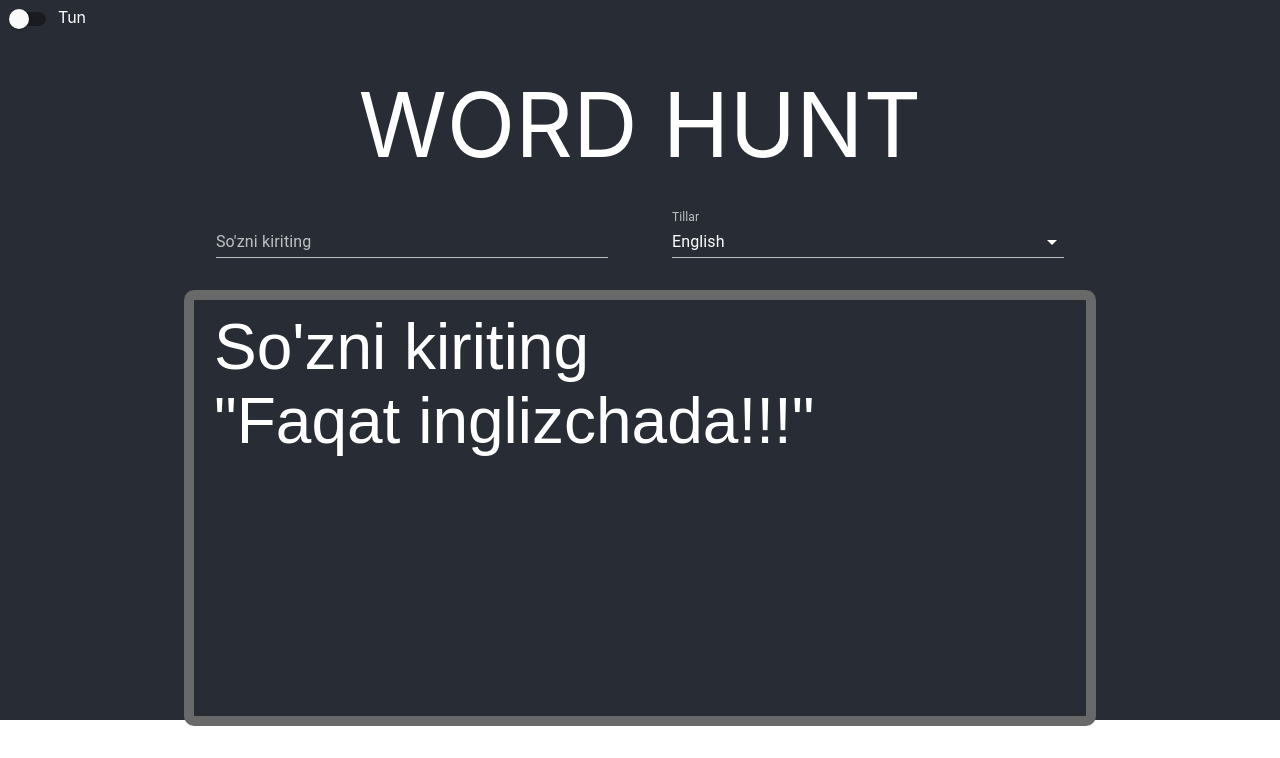
Repository: om1ars/react-translator
Page: /
An editor plug-in stored every save of this project. The page is shown before and after a run of saves, followed by the edit.
The browser window is 1280 px wide. The pictures show the whole page.
The page's requests for data from a server got no answer. The project was rebuilt for these pictures with package versions that can differ from the ones it lists, and the page was loaded fresh each time. No one was signed in, and anything a server would have sent is missing.

Above is the page before, as saved 2021-10-07 16:08:39.

### src/App.js
import "./App.css";
import { useEffect, useState } from "react";
import axios from "axios";
import { Container, Switch, withStyles } from "@material-ui/core";
import { Header } from "./components/Header/Header";
import { Definitions } from "./components/Definitions";

function App() {
  const [word, setword] = useState("");
  const [meanings, setmeanings] = useState([]);
  const [category, setcategory] = useState("en");
  const [checked, setChecked] = useState(false);

  const dictionaryApi = async () => {
    try {
      const data = await axios.get(
        `https://api.dictionaryapi.dev/api/v2/entries/${category}/${word}`
      );

      // console.log(data);
      setmeanings(data.data);
    } catch (error) {
      console.log(error);
    }
  };

  const handleChange = (event) => {
    setChecked(!checked);
  };

  console.log(meanings);
  useEffect(() => {
    dictionaryApi();
  }, [word, category]);

  return (
    <div
      className="App"
      style={{
        height: "100vh",
        backgroundColor: checked ? "#fff" : "#282c34",
        color: checked ? "#282c34" : "white",
        justifyContent: "space-evenly",
      }}
    >
      <Switch
        checked={checked}
        onChange={handleChange}
        inputProps={{ "aria-label": "controlled" }}
      />
      <span>{checked ? "Kun" : "Tun"}</span>
      <Container
        maxWidth="md"
        style={{ display: "flex", flexDirection: "column", height: "100vh" }}
      >
        <Header
          category={category}
          setcategory={setcategory}
          word={word}
          setword={setword}
        />
        {meanings && (
          <Definitions word={word} meanings={meanings} category={category} />
        )}
      </Container>
    </div>
  );
}

export default App;

### src/components/Header/Header.js
import {
  createMuiTheme,
  MenuItem,
  MuiThemeProvider,
  TextField,
} from "@material-ui/core";
import React from "react";
import "./Header.css";
import { ThemeProvider } from "@material-ui/styles";
import categoris from "../data/Category";

export const Header = ({ category, setcategory, word, setword }) => {
  const darkTheme = createMuiTheme({
    palette: {
      primary: {
        main: "#fff",
      },
      type: "dark",
    },
  });

  const handleChange = (e) => {
    setcategory(e);
    setword("");
  };

  return (
    <div className="header">
      <span className="title">{word ? word : "Word Hunt"}</span>
      <div className="inputs">
        <ThemeProvider theme={darkTheme}>
          <TextField
          color='danger'
            id="standard-basic"
            label="standard"
            className="search"
            id="standard-basic"
            label="So'zni kiriting"
            value={word}
            onChange={(e) => setword(e.target.value)}
          />
          <TextField
            className="select"
            select
            value={category}
            onChange={(e) => handleChange(e.target.value)}
            label="Tillar"
          >
            {categoris.map((option) => (
              <MenuItem key={option.label} value={option.label}>
                {option.value}
              </MenuItem>
            ))}
          </TextField>
        </ThemeProvider>
      </div>
    </div>
  );
};

### src/components/Definitions.js
import React from "react";
import "./Definitions.css";

export const Definitions = ({ word, category, meanings }) => {
  return (
    <div className="meanings">
       {meanings[0] && word && category === "en" && (
        <audio
          style={{ backgroundColor: "#fff", borderRadius: 10 }}
          src={meanings[0].phonetics[0] && meanings[0].phonetics[0].audio}
          controls
        >
          Your browser does not support the audio element.
        </audio>
      )}
      {word === "" ? (
        <span className="subtitle">
          So'zni kiriting <br /> "Faqat inglizchada!!!"
        </span>
      ) : (
        meanings.map((mean) =>
          mean.meanings.map((item) =>
            item.definitions.map((def) => (
              <div
                className="singleMean"
                style={{ backgroundColor: "white", color: "black" }}
              >
                <b>{def.definition}</b>
                <hr style={{ backgroundColor: "black", width: "100%" }} />
                {def.example && (
                  <span>
                    <b>Example: {def.example}</b>
                  </span>
                )}
                {def.synonyms && (
                  <span>
                    <b>Synonyms: {def.synonyms.map((s) => `${s},  `)}</b>
                  </span>
                )}
              </div>
            ))
          )
        )
      )}
    </div>
  );
};

### src/components/Header/Header.css
.title {
  font-size: 7vw;
  text-transform: uppercase;
  color: white;
}
.header {
  display: flex;
  align-items: center;
  justify-content: space-evenly;
  flex-direction: column;
  height: 35vh;
  width: 100%;
}
@media (max-width: 900px) {
  .header {
    height: 25vh;
  }
  .title {
      font-size: 11vw;
  }
}
.inputs {
    width: 100%;
    display: flex;
    justify-content: space-around;
}
.search {
    width: 43%;
}
.select {
    width: 43%;
}

### src/components/Definitions.css
.meanings {
    display: flex;
    flex-direction: column;
    overflow-y: scroll;
    scrollbar-width: thin;
    height: 55vh;
    border: 10px solid rgba(105, 105, 105);
    border-radius: 10px;
    padding: 10px 20px;
    overflow-x: hidden;
}
.subtitle {
    font-size: 5vw;
    font-family: 'Motserrat', sans-serif;
}

@media (max-width: 900px ){
    .meanings {
        height: 60vh;
        overflow-x: hidden;
        overflow-y: scroll;
    }
}
.singleMean {
    display: flex;
    flex-direction: column;
    border-radius: 10px;
    padding: 10px 20px;
    margin: 10px 0;
}

Loaded but not shown: public/index.html (common file); src/index.js (common file); src/index.css (common file); src/reportWebVitals.js (common file); src/App.css (common file); src/components/data/Category.js (common file)

After the next 2 saves:
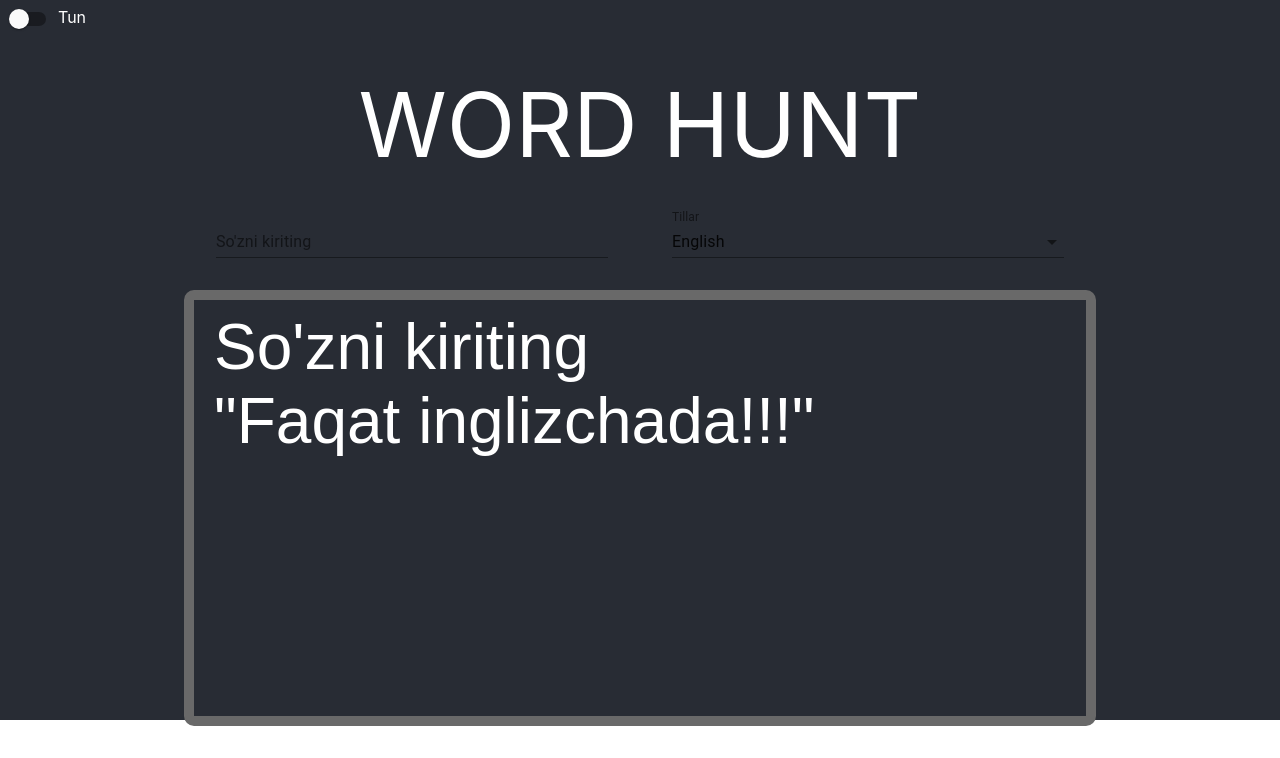
The 2 saves are shown as one change because 1 did not build or start.
The last was saved 8 s later.
--- a/src/components/Header/Header.js
+++ b/src/components/Header/Header.js
@@ -28,7 +28,6 @@
     <div className="header">
       <span className="title">{word ? word : "Word Hunt"}</span>
       <div className="inputs">
-        <ThemeProvider theme={darkTheme}>
           <TextField
           color='danger'
             id="standard-basic"
@@ -52,7 +51,6 @@
               </MenuItem>
             ))}
           </TextField>
-        </ThemeProvider>
       </div>
     </div>
   );

After the 2 saves that followed:
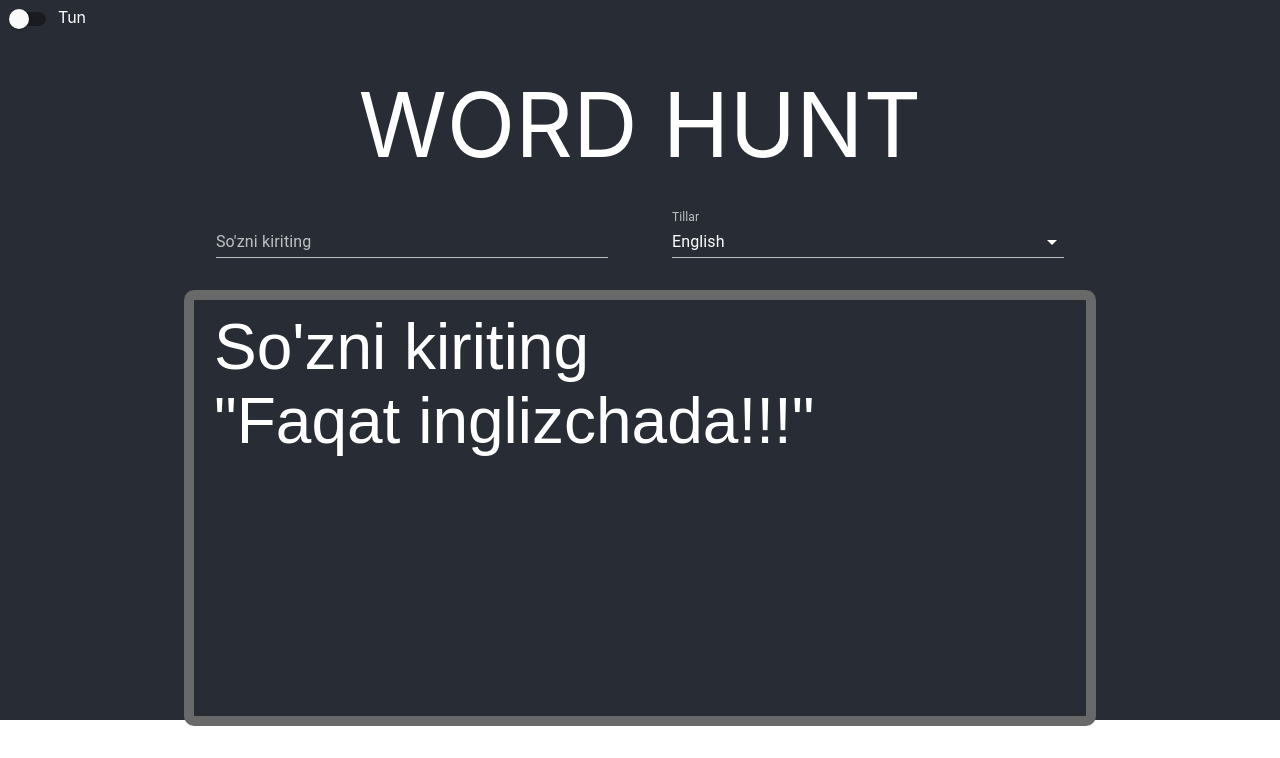
The 2 saves are shown as one change because they came seconds apart.
The last was saved 7 s later.
--- a/src/components/Header/Header.js
+++ b/src/components/Header/Header.js
@@ -28,6 +28,7 @@
     <div className="header">
       <span className="title">{word ? word : "Word Hunt"}</span>
       <div className="inputs">
+        <ThemeProvider theme={darkTheme}>
           <TextField
           color='danger'
             id="standard-basic"
@@ -51,6 +52,7 @@
               </MenuItem>
             ))}
           </TextField>
+        </ThemeProvider>
       </div>
     </div>
   );
